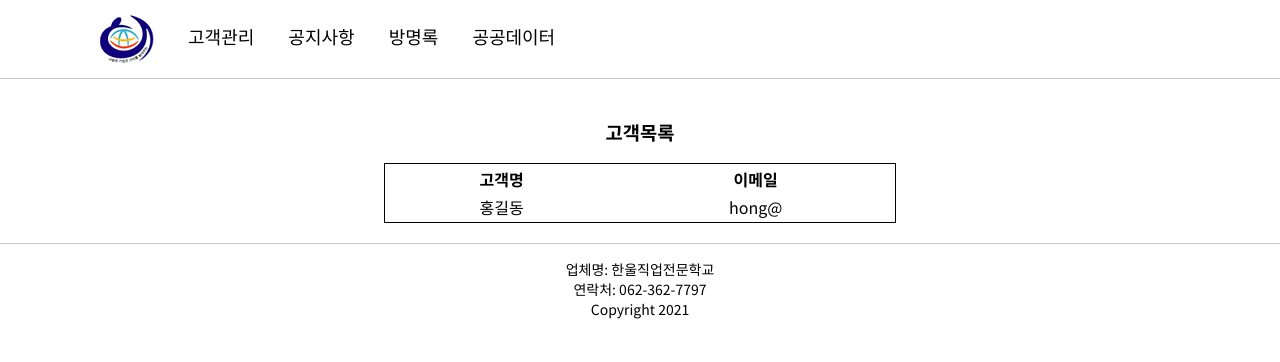
Repository: JSY93/spring-web
Page: http://localhost/iot/WEB-INF/views/customer/list.jsp
The author's editor kept a copy of each file at every save. The page is drawn from the files as they stood at one save, then again after the next save.
The browser window is 1280 px wide. The pictures show the whole page.
The page is served by Tomcat 9. Nobody is signed in. Other server files are loaded and not shown. The template is opened directly, without the code that normally fills it, so the values that code supplies are empty.

Above is the page before, as saved 2021-01-08 06:44:22.

### Study_Spring/iot/src/main/webapp/WEB-INF/views/customer/list.jsp
<%@ page language="java" contentType="text/html; charset=UTF-8" pageEncoding="UTF-8"%>
<!DOCTYPE html>
<html>
<head>
<meta charset="UTF-8">
<title>Insert title here</title>
</head>
<body>
<jsp:include page="/WEB-INF/views/include/header.jsp" />
<div id='content'>
<h3>고객목록</h3>
<table class='w-pct40'>
<tr><th>고객명</th>
	<th>이메일</th>
</tr>
<tr><td>홍길동</td>
	<td>hong@</td>
</tr>
</table>

</div>
<jsp:include page="/WEB-INF/views/include/footer.jsp" />

</body>
</html>

### Study_Spring/iot/src/main/webapp/WEB-INF/views/include/header.jsp
<%@ page language="java" contentType="text/html; charset=UTF-8"
    pageEncoding="UTF-8"%>
<%@ taglib prefix="c" uri="http://java.sun.com/jsp/jstl/core" %>
<link rel='stylesheet' type='text/css'
		href='css/common.css?v=<%=new java.util.Date().getTime() %>'>
<header style='border-bottom:1px solid #ccc; padding:15px 0; text-align:left'>
	<div class='category' style='margin-left:100px'>
	<ul>
		<li><a href='<c:url value="/" />'><img src='imgs/hanul.logo.png'/></a></li>
		<li><a class="${category eq 'cu' ? 'active' : ''}" href='list.cu'>고객관리</a></li>
		<li><a class="${category eq 'no' ? 'active' : ''}" href='list.no'>공지사항</a></li>
		<li><a class="${category eq 'bo' ? 'active' : ''}" href='list.bo'>방명록</a></li>
		<li><a class="${category eq 'da' ? 'active' : ''}" href='list.da'>공공데이터</a></li>
	</ul>
	</div>
</header>
<style>
header ul, header ul li {
	margin:0; padding:0; display:inline }
.category { font-size:18px }
.category li:not(:first-child) { padding-left:30px }
.category li a:hover,
.category li a.active { font-weight:bold; color:#0000cd; }
</style>

### Study_Spring/iot/src/main/webapp/WEB-INF/views/include/footer.jsp
<%@ page language="java" contentType="text/html; charset=UTF-8"
    pageEncoding="UTF-8"%>
<footer style='font-size:14px; border-top:1px solid #ccc; padding:15px 0;'>
	<div>업체명: 한울직업전문학교</div>
	<div>연락처: 062-362-7797</div>
	<div>Copyright 2021</div>
</footer>

### Study_Spring/iot/src/main/webapp/resources/css/common.css
@charset "UTF-8";
@import url('https://fonts.googleapis.com/css2?family=Noto+Sans+KR&display=swap');

body{
	margin:0 auto;
	text-align:center;
	font-family: 'Noto Sans KR', sans-serif;
}
a:link, a:visited { text-decoration:none; color:#000; }
#content{ padding:20px 0; min-width:1280px; }
img { vertical-align:middle; }

table {
	width:80%;
	margin:0 auto;
	border:1px solid;
}

.w-pct80 { width:80% }
.w-pct60 { width:60% }
.w-pct50 { width:50% }
.w-pct40 { width:40% }
.w-px300 { width:300px; }
.w-px200 { width:200px; }
.w-px100 { width:100px; }
.w-px80 { width:80px; }
.w-px60 { width:60px; }
.w-px40 { width:40px; }
.w-px180 { width:180px; }
.w-px160 { width:160px; }
.w-px140 { width:140px; }
.w-px120 { width:120px; }

After the next save:
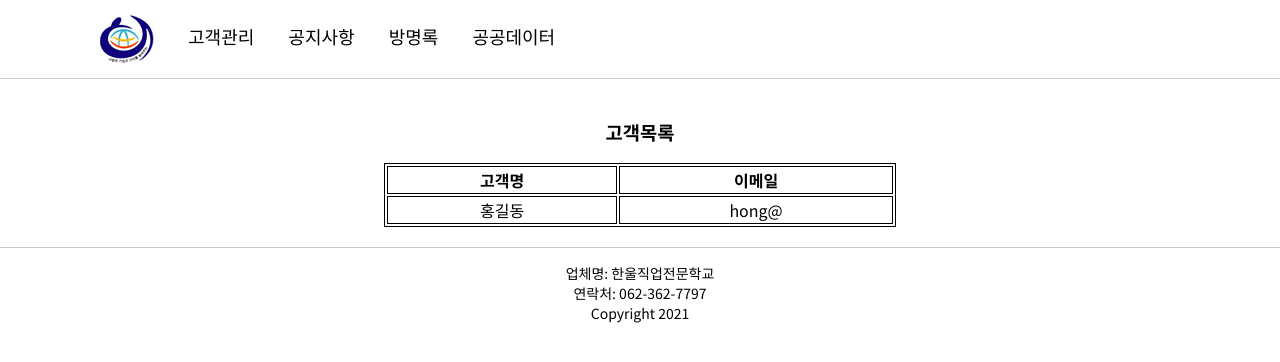
Saved 37 s later.
--- a/Study_Spring/iot/src/main/webapp/resources/css/common.css
+++ b/Study_Spring/iot/src/main/webapp/resources/css/common.css
@@ -15,6 +15,7 @@ table {
 	margin:0 auto;
 	border:1px solid;
 }
+table th, table td { border:1px solid; }
 
 .w-pct80 { width:80% }
 .w-pct60 { width:60% }
